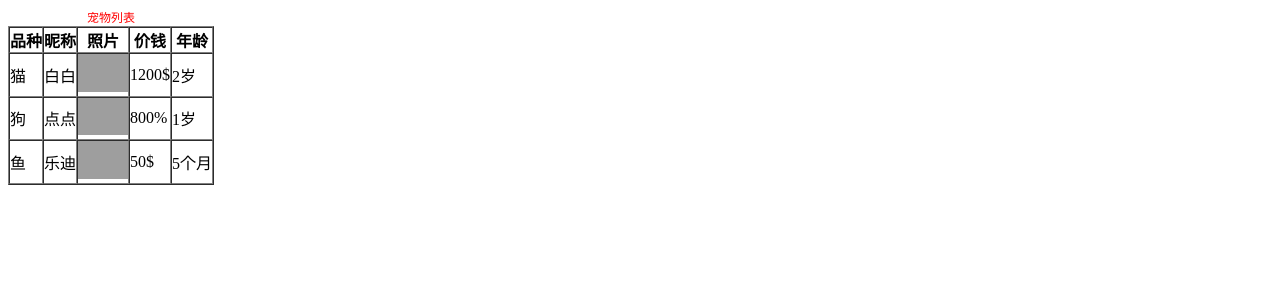
Repository: l897284707/0913
Page: 练习二.html
An editor plug-in stored every save of this project. The page is shown before and after the next save, followed by the edit.
The browser window is 1280 px wide. The pictures show the whole page.
Pictures or frames that could not be fetched are drawn as grey boxes.

Above is the page before, as saved 2022-09-13 17:48:58.

After the next save:
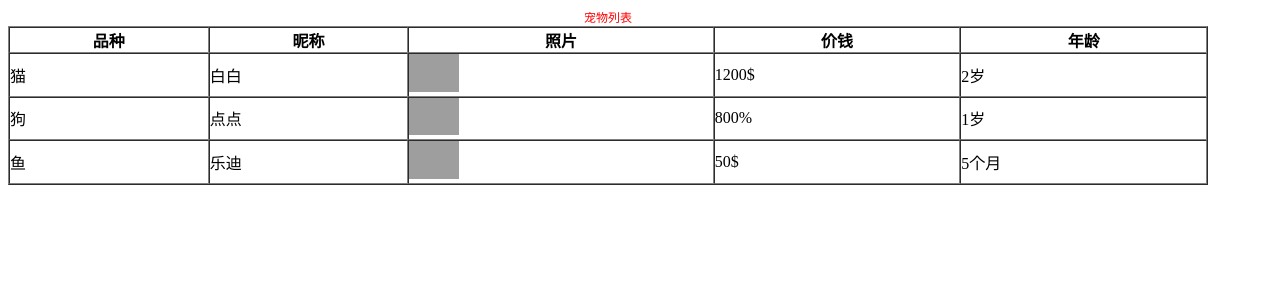
Saved 20 s later.
--- a/练习二.html
+++ b/练习二.html
@@ -9,7 +9,7 @@
 </head>
 
 <body>
-    <table border="1" cellspacing="0" cellpadding="0">
+    <table border="1" cellspacing="0" cellpadding="0" width="1200">
         <caption style="color:red;font-size: 12px;font-family: 华文行楷 ;">宠物列表</caption>
         <tr>
             <th>品种</th>
